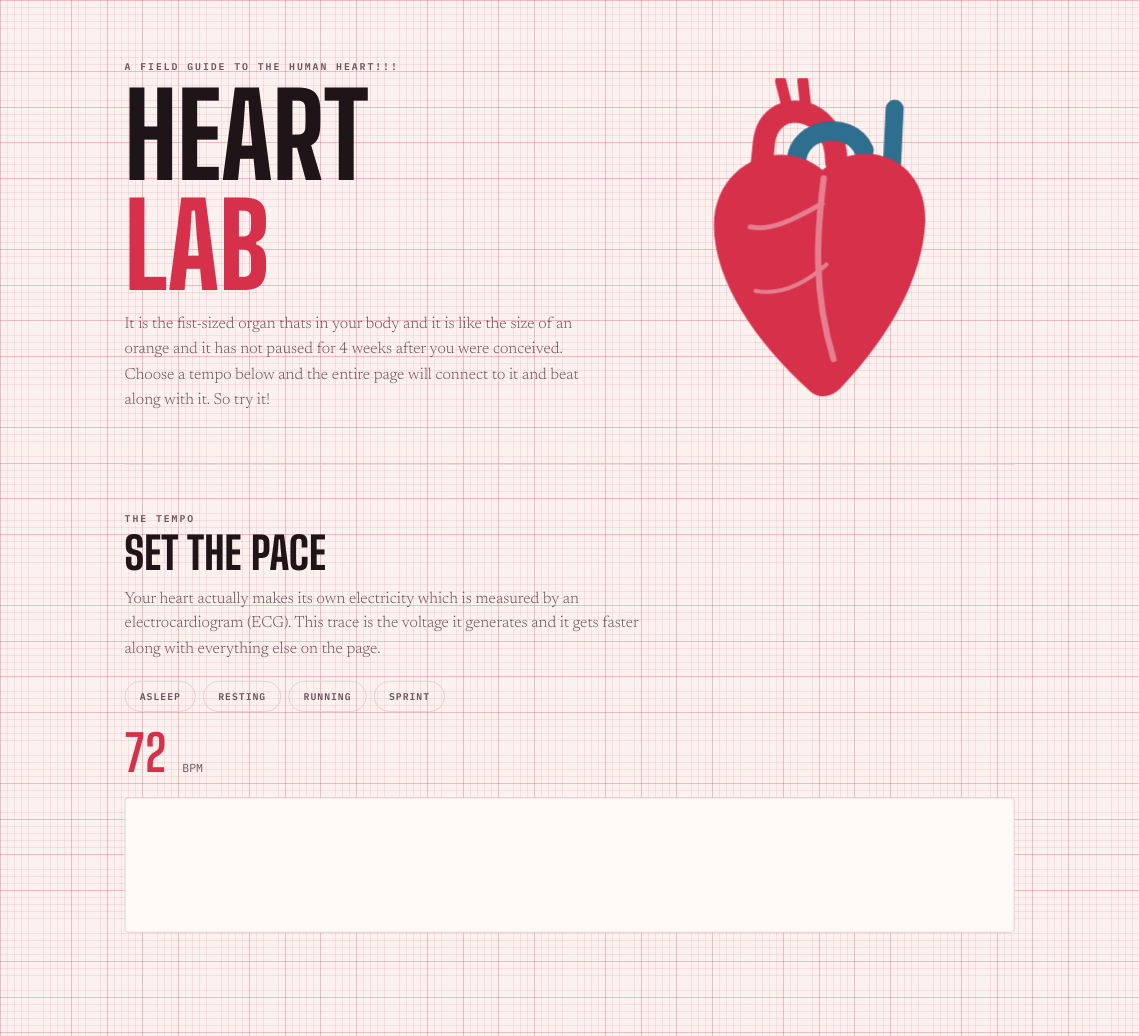
Repository: manayparikh1/PulseBeat
Page: index.html
The author's editor kept a copy of each file at every save. The page is drawn from the files as they stood at one save, then again after the next save.
The browser window is 1280 px wide. The pictures show the whole page, at 89% of full size.

Above is the page before, as saved 2026-09-02 17:57:36.

### index.html
<!DOCTYPE html>
<html lang="en">

<head>
    <meta charset="utf-8">
    <meta name="viewport" content="width=device-width, initial-scale=1.0">
    <title>PulseBeat</title>
    <link rel="stylesheet"
        href="https://fonts.googleapis.com/css2?family=Big+Shoulders+Display:wght@700;800&family=IBM+Plex+Mono:wght@400;600&family=Newsreader:opsz,wght@6..72,300;6..72,400&display=swap">
    <style>
        /*=The heartbeat animation lab and no javascript is gonna be added because I am trash at that ===== */
        *,
        *::before,
        *::after {
            box-sizing: border-box;
        }

        body,
        h1,
        h2,
        h3,
        h4,
        p,
        figure {
            margin: 0
        }

        /* ---- light pallete this is the ecg animation paper---*/
        :root {
            --paper: #FBF1EE;
            --card: #FFFAF8;
            --ink: #1F1418;
            --dim: #6A555D;
            --line: #E3CDC7;
            --oxy: #D6304A;
            --deoxy: #2E6E8E;
            --good: #2F7A55;
            --grid: rgba(214, 48, 74, 0.1);
            --grid2: rgba(214, 48, 74, .2);
            --beat: .83s;
            --disp: "Big Shoulders Display", "Arial Narrow", sans-serif;
            --body: "Newsreader", Georgia, serif;
            --mono: "IBM Plex Mono", ui-monospace, Menlo, monospace;
        }

        /*--dark mode pallete*/
        @media (prefers-color-scheme:dark) {
            :root:not([data-theme="light"]) {
                --paper: #0C0A0E;
                --card: #171220;
                --ink: #F2E6E9;
                --dim: #AC9BA4;
                --line: #2D2431;
                --oxy: #FF5A6E;
                --deoxy: #62B6DC;
                --good: #5FCF9A;
                --grid: rgba(255, 90, 110, .06);
                --grid2: rgba(255, 90, 110, .13);
            }
        }

        :root[data-theme="dark"] {
            --paper: #0C0A0E;
            --card: #171220;
            --ink: #F2E6E9;
            --dim: #AC9BA4;
            --line: #2D2431;
            --oxy: #FF5A6E;
            --deoxy: #62B6DC;
            --good: #5FCF9A;
            --grid: rgba(255, 90, 110, .06);
            --grid2: rgba(255, 90, 110, .13);
        }

        body {
            background-color: var(--paper);
            background-image:
                repeating-linear-gradient(to right, var(--grid2) 0 1px, transparent 1px 40px),
                repeating-linear-gradient(to bottom, var(--grid2) 0 1px, transparent 1px 40px),
                repeating-linear-gradient(to right, var(--grid) 0 1px, transparent 1px 8px),
                repeating-linear-gradient(to bottom, var(--grid) 0 1px, transparent 1px 8px);
            color: var(--ink);
            font: 17px/1.6 var(--body);
            padding: 0 20px 60px;
        }

        h1,
        h2,
        h3 {
            font-family: var(--disp);
            font-weight: 800;
            line-height: .95;
            text-transform: uppercase;
            text-wrap: balance
        }

        .wrap {
            max-width: 1000px;
            margin: 0 auto
        }

        section {
            padding: 56px 0;
            border-top: 1px solid var(--line)
        }

        h2 {
            font-size: clamp(30px, 5vw, 50px)
        }

        .eyebrow {
            font: 600 11px/1 var(--mono);
            letter-spacing: .2em;
            text-transform: uppercase;
            color: var(--dim);
            ;
            margin-bottom: 10px
        }

        .lede {
            color: var(--dim);
            max-width: 60ch;
            margin-top: 12px;
            font-weight: 300;
            font-size: 18px
        }

        .card {
            background: var(--card);
            border: 1px solid var(--line);
            border-radius: 4px
        }

        /* hero */
        header {
            display: grid;
            grid-template-columns: 1.1fr.9fr;
            gap: 40px;
            align-items: center;
            padding: 70px 0 56px
        }

        h1 {
            font-size: clamp(56px, 11vw, 130px);
            letter-spacing: -0.0001em;
        }

        h1 span {
            color: var(--oxy);
            display: block
        }

        .heart {
            width: min(100%, 300px);
            margin: 0 auto;
            display: block;
            animation: thump var(--beat) infinite
        }

        @keyframes thump {

            0%,
            100% {
                transform: scale(1)
            }

            8% {
                transform: scale(1.08)
            }

            17% {
                transform: scale(1)
            }

            26% {
                transform: scale(1.04)
            }

            36% {
                transform: scale(1)
            }
        }

        /*rate switch so the four radios that basically retune the entire page */
        .sr {
            position: absolute;
            width: 1px;
            height: 1px;
            opacity: 0
        }

        .rates {
            display: flex;
            flex-wrap: wrap;
            gap: 8px;
            margin-top: 20px
        }

        .rates label {
            font: 600 11px/1 var(--mono);
            letter-spacing: .1em;
            text-transform: uppercase;
            padding: 11px 16px;
            border: 1px solid var(--line);
            border-padding: 11px 16px;
            border: 1px solid var(--line);
            border-radius: 999px;
            cursor: pointer;
            color: var(--dim)
        }

        .rates label:hover {
            border-color: var(--oxy);
            color: var(--ink)
        }

        .sr:focus-visible+label {
            outline: 2px solid var(--oxy);
            outline-offset: 2px
        }

        body:has(#r1:checked) {
            --beat: 1.25s
        }

        body:has(#r2:checked) {
            --beat: 0.83s
        }

        body:has(#r3:checked) {
            --beat: 0.45s
        }

        body:has(#r4:checked) {
            --beat: 0.34s
        }

        body:has(#r1:checked)[for=r1],
        body:has(#r2:checked)[for=r2],
        body:has(#r3:checked)[for=r3],
        body:has(#r4:checked)[for=r4] {
            background: var(--oxy);
            border-color: var(--oxy);
            color: #fff
        }

        .bpm {
            font-family: var(--disp);
            font-weight: 800;
            font-size: 56px;
            color: var(--oxy);
            line-height: 1
        }

        .bpm b {
            display: none
        }

        .bpm small {
            font: 500 13px/1 var(--mono);
            color: var(--dim);
            margin-left: 6px
        }

        body:has(#r1:checked) .b1,
        body:has(#r2:checked) .b2,
        body:has(#r3:checked) .b3,
        body:has(#r4:checked) .b4 {
            display: inline
        }

        /*ECG cycle*/
        .strip {
            overflow: hidden;
            padding: 0;
            margin-top: 22px
        }

        .strip svg {
            width: 100%;
            height: 150px;
            display: block
        }

        .strip g {
            animation: roll var(--beat) linear infinite
        }

        @keyframes roll {
            to {
                transform: translateX(-100px)
            }
        }

        /*DIAGRAM so 7 clickable parts and its driven by the radio*/
        .lab {
            display: grid;
            grid-template-columns: 1.45fr .85fr;
            gap: 24px;
            align-items: start;
            margin-top: 26px
        }

        .diagram {
            width: 100%;
            height: auto;
            padding: 12px
        }

        .parts {
            display: flex;
            flex-wrap: wrap;
            gap: 7px;
            margin-top: 18px
        }

        .parts label {
            font: 600 10.5px/1 var(--mono);
            letter-spacing: .1em;
            text-transform: uppercase;
            padding: 9px 13px;
            border: 1px solid var(--line);
            border-radius: 999px;
            cursor: pointer;
            color: var(--dim)
        }

        .parts label:hover {
            border-color: var(--oxy);
            color: var(--ink)
        }

        .info {
            display: none;
            padding: 22px
        }

        .info h3 {
            font-size: 29px;
            color: var(--oxy)
        }

        .info p {
            color: var(--dim);
            font-size: 16px;
            margin-top: 9px
        }

        .info em {
            display: block;
            font: 400 13px/1.5 var(--mono);
            font-style: normal;
            color: var(--ink);
            margin-top: 14px;
            padding-left: 12px;
            border-left: 3px solid var(--oxy)
        }

        /*SHOW the chosen card*/
        body:has(#ra:checked) .i-ra,
        body:has(#rv:checked) .i-rv,
        body:has(#la:checked) .i-la,
        body:has(#lv:checked) .i-lv,
        body:has(#lu:checked) .i-lu,
        body:has(#bo:checked) .i-bo,
        body:has(#va:checked) .i-va {
            display: block
        }

        body:has(#ra:checked) [for=ra],
        body:has(#rv:checked) [for=rv],
        body:has(#la:checked) [for=la],
        body:has(#lv:checked) [for=lv],
        body:has(#lu:checked) [for=lu],
        body:has(#bo:checked) [for=bo],
        body:has(#va:checked) [for=va] {
            background: var(--oxy);
            border-color: var(--oxy);
            color: #fff
        }

        body:has(#ra:checked) .s-ra,
        body:has(#rv:checked) .s-rv,
        body:has(#la:checked) .s-la,
        body:has(#lv:checked) .s-lv,
        body:has(#lu:checked) .s-lu,
        body:has(#bo:checked) .s-bo,
        body:has(#va:checked) .s-va {
            stroke: var(--ink);
            stroke-width: 7
        }

        .diagram text {
            font-family: var(--disp);
            font-weight: 700;
            fill: var(--ink)
        }

        tube {
            fill: none;
            stroke-dasharray: 13 27;
            animation: flow calc(var(--beat)*2.4) linear infinite
        }

        @keyframes flow {
            to {
                stroke-dashoffset: -40
            }
        }

        /*FACTS*/
        .facts {
            column: 3 250px;
            column-gap: 16px;
            margin-top: 26px
        }

        .fact {
            break-inside: avoid;
            margin-bottom: 16px;
            padding: 20px
        }

        .fact h4 {
            font-family: var(--disp);
            font-weight: 800;
            font-size: 25px;
            text-transform: uppercase;
            margin-bottom: 7px
        }

        .fact p {
            color: var(--dim);
            font-size: 15.5px
        }

        /*quiz reveal on answer no scoring that needs js which is pretty UGHH*/
        .q {
            padding: 24px;
            margin-top: 16px
        }

        .q p.ask {
            font-family: var(--disp);
            font-weight: 700;
            font-size: 25px;
            text-transform: uppercase;
            margin-bottom: 14px
        }

        .q label {
            display: block;
            padding: 13px 16px;
            border: 1px solid var(--line);
            border-radius: 3px;
            cursor: pointer;
            margin-bottom: 7px;
            font-size: 16px
        }

        .q label:hover {
            border-color: var(--oxy);
        }

        .qo:checked+label {
            border-color: var(--oxy);
            background: color-mix(in srgb, var(--oxy)13%, transparent)
        }

        .q:has(:checked) .ok+label {
            border-color: var(--good);
            background: color-mix(in srgb, var(--good)15%, transparent)
        }

        .q:has(:checked) .ok+label::after {
            content: " - correct" t;
            font: 600 11px var(--mono);
            color: var(--good)
        }

        .why {
            display: none;
            margin-top: 12px;
            font-size: 15.5px;
            color: var(--dim)
        }

        .q:has(:checked) .why {
            display: block
        }

        footer {
            padding-top: 40px;
            font: 400 13.5px/1.6 var(--mono);
            color: var(--dim);
            max-width: 60ch
        }

        @media (max-width:820px) {

            header,
            .lab {
                grid-template-columns: 1fr
            }

            .heart {
                width: min(58%, 190px)
            }

            .facts {
                columns: 1
            }
        }

        @media (prefers-reduced-motion:reduce) {
            * {
                animation: none !important
            }
        }
    </style>
    <div class="wrap">
        <!--==Hero==-->
        <header>
            <div>
                <p class="eyebrow">A field guide to the HUMAN HEART!!!</p>
                <h1>Heart<span>Lab</span></h1>
                <p class="lede">It is the fist-sized organ thats in your body and it is like the size of an orange and
                    it has not paused for 4 weeks after you were conceived. Choose a tempo below and the entire page
                    will connect to it and beat along with it. So try it!</p>
            </div>
            <svg class="heart" viewBox="0 0 200 230" role="img" aria-label="A beating heart">
                <g fill="none" stroke-linecap="round">
                    <path d="M110 60 C110 18 62 12 58 46 L56 66" stroke="var(--oxy)" stroke-width="16" />
                    <path d="M88 20 L86 2 M74 18 L70 2" stroke="var(--oxy)" stroke-width="8" />
                    <path d="M82 66 C76 36 120 28 130 52" stroke="var(--deoxy)" stroke-width="14" />
                    <path d="M150 64 L152 22" stroke="var(--deoxy)" stroke-width="13" />
                </g>
                <path
                    d="M100 66 C130 41 176 57 174 104 C172 144 148 186 114 222 C108 229 98 232 90 224 C53 191 22 146 22 106 C22 61 70 41 100 66 Z"
                    fill="var(--oxy)" />
                <g fill="none" stroke="#fff" stroke-linecap="round" opacity=".38">
                    <path d="M101 72 C96 112 93 152 108 202" stroke-width="4.5" />
                    <path d="M100 90 C79 102 63 110 48 107" stroke-width="3.5" />
                    <path d="M103 134 C85 150 68 156 52 153" stroke-width="3" />
                </g>
            </svg>
        </header>
        <!-- ===== RATE + ECG ==== -->
        <section>
            <p class="eyebrow">The tempo</p>
            <h2>Set the pace</h2>
            <p class="lede">Your heart actually makes its own electricity which is measured by an electrocardiogram
                (ECG). This trace is the voltage it generates and it gets faster along with everything else on the page.
            </p>

            <input class="sr" type="radio" name="rate" id="r1"><input class="sr" type="radio" name="rate" id="r2"
                checked>
            <input class="sr" type="radio" name="rate" id="r3"><input class="sr" type="radio" name="rate" id="r4">
            <div class="rates">
                <label for="r1">Asleep</label>
                <label for="r2">Resting</label>
                <label for="r3">Running</label>
                <label for="r4">Sprint</label>
            </div>
            <p class="bpm" style="margin-top:18px">
                <b class="b1">48</b><b class="b2">72</b>
                <b class="b3">133</b><b class="b4">176</b>
                <small>BPM</small>
            </p>
            <div class="card strip">
                <svg viewBox="0 0 800 120" preserveAspectRatio="none" role="img" aria-label="A scrolling ECG trace">
                    <defs>
                        <polyline id="pqrst"
                            points="0,60 10,60 15,49 20,45 25,49 30,60 40,60 43,66 47,14 51,72 55,60 62,60 68,46 74,44 80,53 85,60 100,60"
                            </svg>
            </div>


        </section>




    </div>

After the next save:
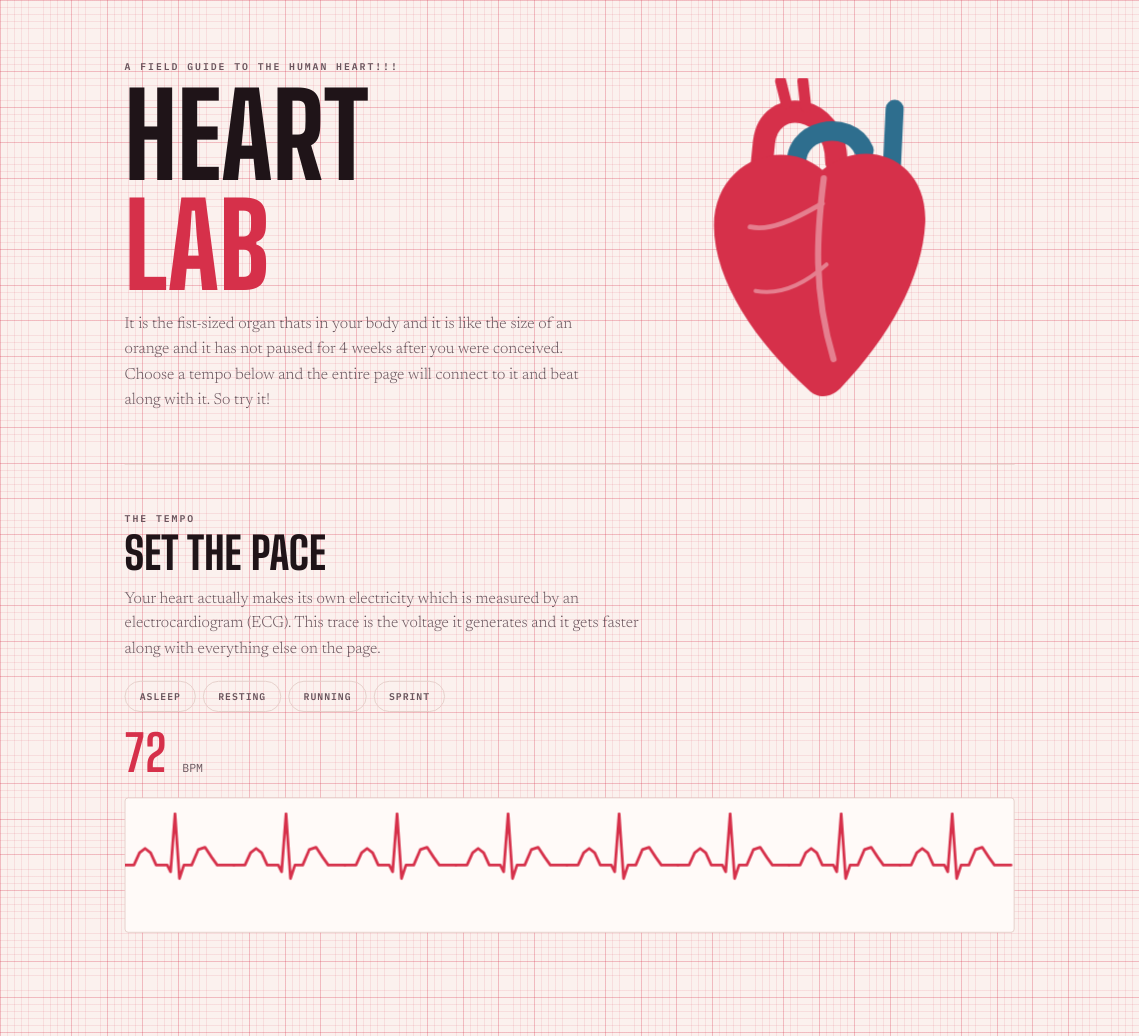
Saved 17 h 25 min later.
--- a/index.html
+++ b/index.html
@@ -572,12 +572,23 @@
                     <defs>
                         <polyline id="pqrst"
                             points="0,60 10,60 15,49 20,45 25,49 30,60 40,60 43,66 47,14 51,72 55,60 62,60 68,46 74,44 80,53 85,60 100,60"
-                            </svg>
+                            fill="none" stroke="var(--oxy)" stroke-width="2.5" stroke-linejoin="round"
+                            stroke-linecap="round" />
+                    </defs>
+                    <g>
+                        <use href="#pqrst" x="0" />
+                        <use href="#pqrst" x="100" />
+                        <use href="#pqrst" x="200" />
+                        <use href="#pqrst" x="300" />
+                        <use href="#pqrst" x="400" />
+                        <use href="#pqrst" x="500" />
+                        <use href="#pqrst" x="600" />
+                        <use href="#pqrst" x="700" />
+                    </g>
+                </svg>
             </div>
-
-
         </section>
-
+        <!-- ==== DIAGRAM ==== -->
 
 
 
